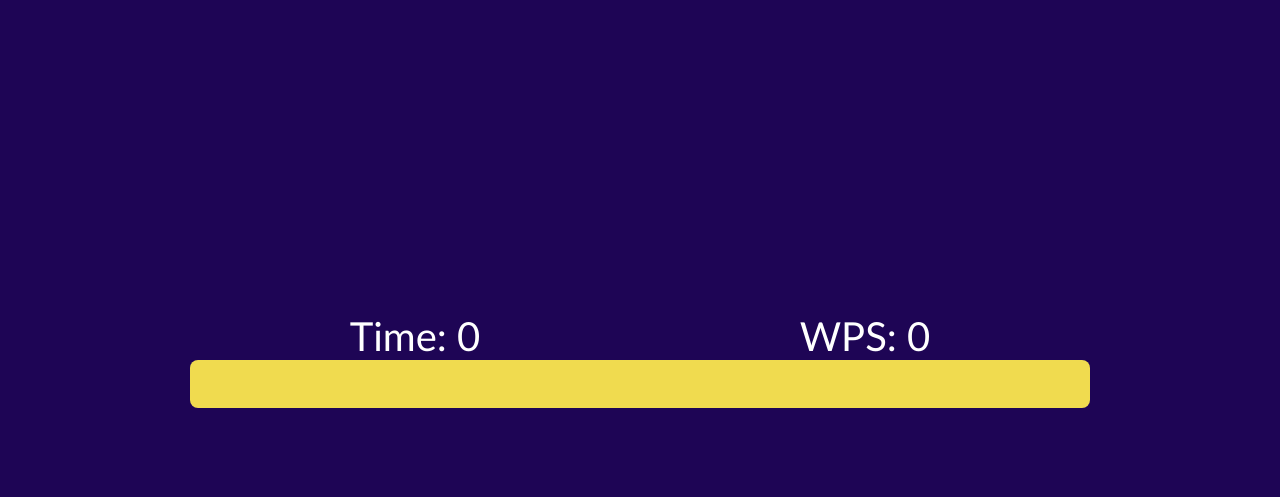
Repository: KhangNguyenIU/Vanilajs-TypingSpeed
Page: index.html
The author's editor kept a copy of each file at every save. The page is drawn from the files as they stood at one save, then again after the next save.
The browser window is 1280 px wide. The pictures show the whole page.
The page's requests for data from a server got no answer.

Above is the page before, as saved 2021-10-15 13:40:55.

### index.html
<!DOCTYPE html>
<html lang="en">
  <head>
    <meta charset="UTF-8" />
    <meta http-equiv="X-UA-Compatible" content="IE=edge" />
    <meta name="viewport" content="width=device-width, initial-scale=1.0" />
    <link rel="stylesheet" href="style.css" />
    <link
      rel="stylesheet"
      href="https://cdnjs.cloudflare.com/ajax/libs/font-awesome/6.0.0-beta2/css/all.min.css"
      integrity="sha512-YWzhKL2whUzgiheMoBFwW8CKV4qpHQAEuvilg9FAn5VJUDwKZZxkJNuGM4XkWuk94WCrrwslk8yWNGmY1EduTA=="
      crossorigin="anonymous"
      referrerpolicy="no-referrer"
    />
    <link
      href="https://fonts.googleapis.com/css2?family=Lora:ital,wght@0,400;0,500;1,400;1,500&display=swap"
      rel="stylesheet"
    />
    <script src="script.js" defer></script>
    <title>Typing Game</title>
  </head>
  <body>
    <body>
      <div class="container">
        <div class="display-info">
          <div class="timer">
            <span>Time: </span>
            <span id="timer">0</span>
          </div>
          <div class="word-speed">
            <span> WPS: </span>
            <span id="word-speed"> 0.0 </span>
          </div>
        </div>
        <div class="typing-box">


          <div class="quote-display" id="quoteDisplay"></div>
        </div>
      </div>

      <div class="modal" id="modal">
        <div class="modal-body">
          <i class="fas fa-times" id="close-icon"></i>
          <p class="text-primary">Congratulation</p>
          <p class="text-secondary">Accuracy :<span id="accuracy"></span> %</p>
          <p class="text-secondary">Word per seconds: <span id="wps"></span></p>
        </div>
      </div>
      <div id="overlay"></div>
    </body>
  </body>
</html>

### style.css
* {
    box-sizing: border-box;
  }

  body {
    display: flex;
    justify-content: center;
    align-items: center;
    min-height: 100vh;
    margin: 0;
    background-color: #1E0555;
  }

  body, .quote-input {
    font-family: 'Gill Sans', 'Gill Sans MT', Calibri, 'Trebuchet MS', sans-serif;
  }

  .container{
    margin: 0 auto;
    width: 900px;
    height: 100vh;
    display: flex;
    flex-direction: column;
    justify-content: center;
    align-items: center;
  }

  .text-primary{
    font-size: 32px;
    font-family: "Lora", sans-serif;
    color: rgba(0, 0, 0, .8  );
  }

  .text-secondary{
    font-size: 22px;
    font-family: "Lora", serif;
  }

  .typing-box {
    background-color: #F0DB4F;
    padding: 1rem;
    border-radius: .5rem;
    width: 100%;
  }

  #overlay {
    position: fixed;
    opacity: 0;
    transition: 200ms ease-in-out;
    top: 0;
    left: 0;
    right: 0;
    bottom: 0;
    background-color: rgba(0, 0, 0, .5  );
    pointer-events: none;
  }

  #overlay.active{
    opacity: 1;
    pointer-events: all;
  }
  .modal {
    opacity: 0;
    position: absolute;
    top: 50%;
    left: 50%;
    transform: translate(-50%, -50%);
    transition: 200ms ease-in-out;
    border-radius: 5px;
    z-index: 10;
    background-color: white;
    width: 500px;
    height: 500px;
    max-width: 80%;
    display: flex;
    flex-direction: column;
    justify-content: center;
    align-items: center;
  }

  .modal.active{
    opacity: 1;
  }


  .display-info{
    display: flex;
    justify-content: space-around;
    width: 100%;
    font-size: 40px;
    color: white;
  }

  .quote-display {
    margin-bottom: 1rem;
    margin-left: calc(1rem + 2px);
    margin-right: calc(1rem + 2px);
    font-size: 26px;
    letter-spacing: 1.5px;
    line-height: 40px;
    color: rgba(0,0,0,.5);
  }

  .current-char{
    color:black;
    text-decoration: underline;

  }

  .quote-input {
    background-color: transparent;
    border: 2px solid #A1922E;
    outline: none;
    width: 100%;
    height: 8rem;
    margin: auto;
    resize: none;
    padding: .5rem 1rem;
    font-size: 1rem;
    border-radius: .5rem;
  }

  .quote-input:focus {
    border-color: black;
  }

  .correct {
    color: green;
  }

  .incorrect {
    color: red;
  }

  #close-icon{
    position: absolute;
    top: 20px;
    left: 50%;
    font-size: 20px;
    cursor: pointer;
  }

### script.js
const RANDOM_QUOTE_API_URL = "http://api.quotable.io/random"

const quoteDisplayElement = document.getElementById('quoteDisplay')
const quoteInputElement = document.getElementById('quoteInput')
const timerDisplay = document.getElementById("timer")
const modal = document.getElementById("modal")
const overlay = document.getElementById("overlay")
const wordSpeedDisplay = document.getElementById('word-speed')
const closeButton = document.getElementById("close-icon")
const blockedKey = [91, 20, 18, 17, 16, 13, 9]
let current = 0
let correct = 0
let incorrect=0;
let duration;
let wordSpeed;
let flag = false
let startTime;
var interval;
let wordLength;


closeButton.addEventListener("click",function(){
    closeModal()
})

overlay.addEventListener("click",function(){
    console.log("click")
    closeModal()
})
function openModal(){
    modal.classList.add("active")
    overlay.classList.add("active")
    updateResult()
}

function closeModal(){
    modal.classList.remove("active")
    overlay.classList.remove("active")
    renderNewQuote()
}

function updateResult(){
    const accuracyResult = document.getElementById("accuracy")
    const wpsResult = document.getElementById("wps")
    accuracyResult.innerText = Math.ceil(((wordLength- incorrect)/wordLength)*100)
    wpsResult.innerText = wordSpeed
}
function getRandomQuote() {
    return fetch(RANDOM_QUOTE_API_URL)
        .then(response => response.json())
        .then(data => data.content)
}

const startTimer = () => {
    let current = new Date()
    duration = Math.floor((current - startTime) / 1000)
    wordSpeed = (correct / duration).toFixed(2);
    wordSpeedDisplay.innerText = wordSpeed
    timerDisplay.innerText = duration
}


document.addEventListener('keydown', onTyping)

function onTyping(event) {

    if (!flag) {
        startTime = new Date()
        interval = setInterval(startTimer, 1000)
        flag = true
    }
    let arrayQuote = quoteDisplayElement.querySelectorAll("span")

    if (!blockedKey.includes(event.keyCode)) {
        if (event.key == arrayQuote[current].innerText) {
            arrayQuote[current].classList.remove("current-char")
            arrayQuote[current].classList.add("correct")
            current = current += 1;
            correct += 1
            if (current < arrayQuote.length)
                arrayQuote[current].classList.add("current-char")
            if (current >= arrayQuote.length) {
                clearInterval(interval)
                openModal()
                return;
            }
        }

        else {
            arrayQuote[current].classList.add("incorrect")
            incorrect ++;
        }
    }

}

async function renderNewQuote() {
    duration=0;
    wordSpeed=0;
    timerDisplay.innerText = 0;
    wordSpeedDisplay.innerText = 0
    const quote = await getRandomQuote();
    quoteDisplayElement.innerHTML = ""
    quote.split("").forEach(element => {
        const characterSpan = document.createElement("span")
        characterSpan.innerText = element
        quoteDisplayElement.appendChild(characterSpan)
    });
    quoteDisplayElement.querySelector("span").classList.add("current-char")
    wordLength = quoteDisplayElement.querySelectorAll("span").length
}



renderNewQuote()

After the next save:
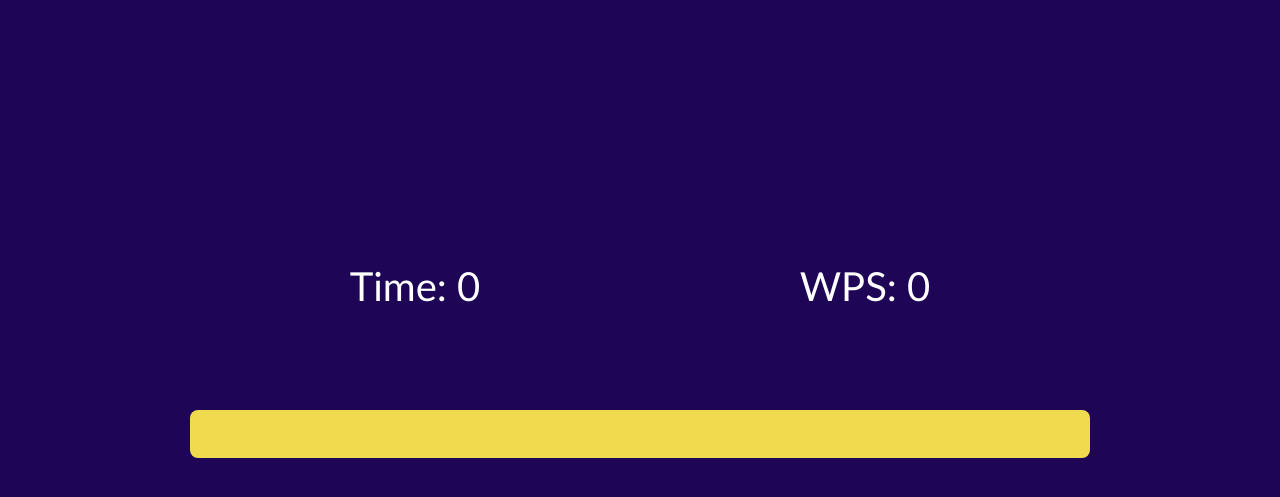
Saved 8 s later.
--- a/style.css
+++ b/style.css
@@ -89,6 +89,7 @@
     width: 100%;
     font-size: 40px;
     color: white;
+    margin-bottom: 100px;
   }
 
   .quote-display {
